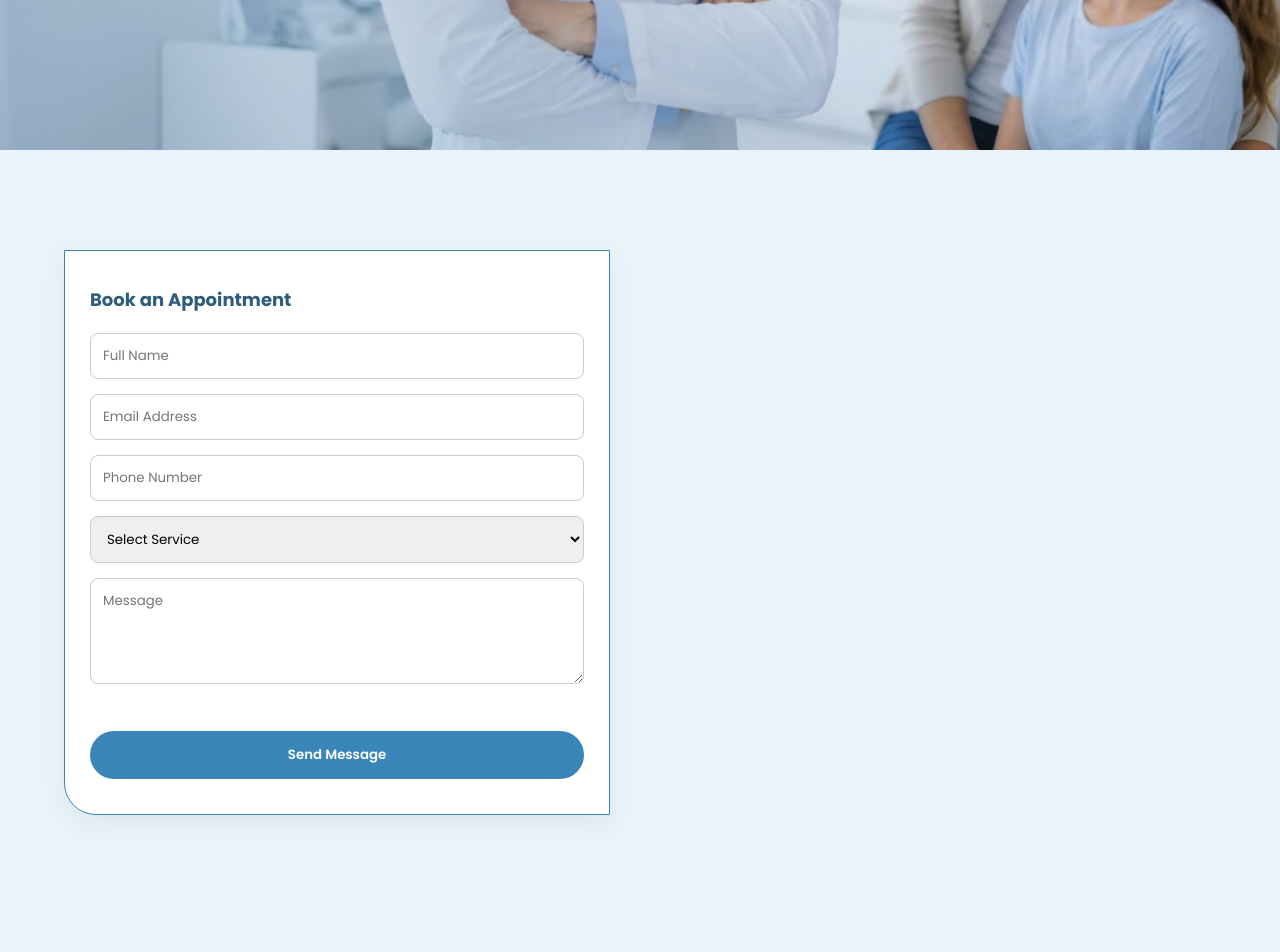
Repository: davidfsillva/OdontoPrime
Page: contact.html
The author's editor kept a copy of each file at every save. The page is drawn from the files as they stood at one save, then again after the next save.
The browser window is 1280 px wide. The pictures show the part of the page from y = 570 to 1522 px (the page is 3216 px tall before and 2728 px after).

Above is the page before, as saved 2026-02-16 21:29:24.

After the next save:
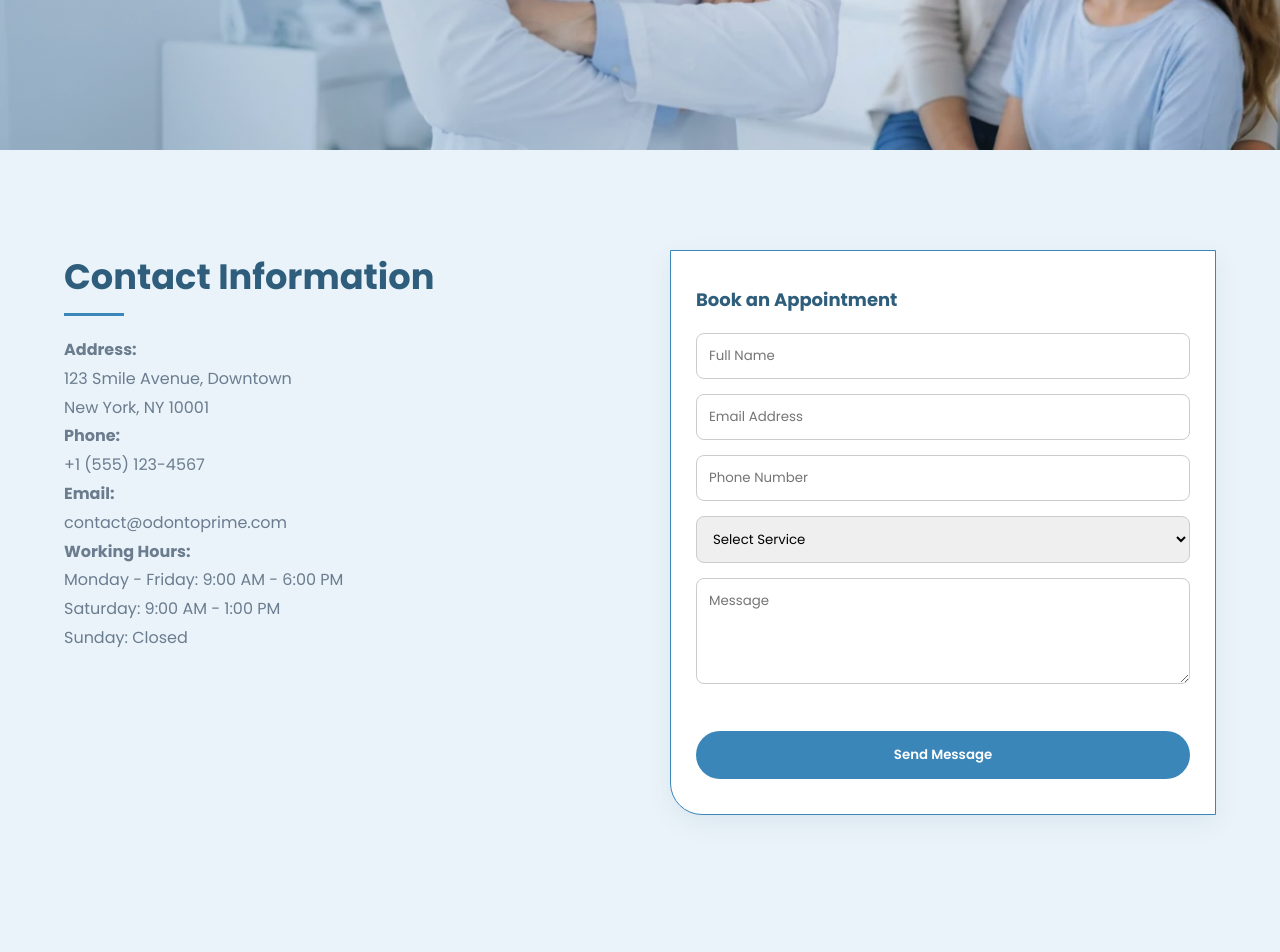
Saved 40 s later.
--- a/contact.html
+++ b/contact.html
@@ -44,6 +44,26 @@
 <section class="about-preview">
     <div class="container contact-grid" style="display:grid; grid-template-columns:1fr 1fr; gap:60px; align-items:start;">
 
+        <!-- CONTACT INFO -->
+        <div class="about-text">
+            <h2>Contact Information</h2>
+
+            <p><strong>Address:</strong><br>
+            123 Smile Avenue, Downtown<br>
+            New York, NY 10001</p>
+
+            <p><strong>Phone:</strong><br>
+            +1 (555) 123-4567</p>
+
+            <p><strong>Email:</strong><br>
+            contact@odontoprime.com</p>
+
+            <p><strong>Working Hours:</strong><br>
+            Monday - Friday: 9:00 AM - 6:00 PM<br>
+            Saturday: 9:00 AM - 1:00 PM<br>
+            Sunday: Closed</p>
+
+        </div>
 
         <!-- CONTACT FORM -->
         <div class="card contact-form" style="text-align:left;">
@@ -100,27 +120,6 @@
     <div class="container">
         <h2>Find Us</h2>
 
-                <!-- CONTACT INFO -->
-        <div class="about-text">
-            <h2>Contact Information</h2>
-
-            <p><strong>Address:</strong><br>
-            123 Smile Avenue, Downtown<br>
-            New York, NY 10001</p>
-
-            <p><strong>Phone:</strong><br>
-            +1 (555) 123-4567</p>
-
-            <p><strong>Email:</strong><br>
-            contact@odontoprime.com</p>
-
-            <p><strong>Working Hours:</strong><br>
-            Monday - Friday: 9:00 AM - 6:00 PM<br>
-            Saturday: 9:00 AM - 1:00 PM<br>
-            Sunday: Closed</p>
-
-        </div>
-
         <div style="margin-top:40px;">
             <iframe
                 src="https://www.google.com/maps/embed?pb=!1m18!1m12!1m3!1d3021.9475964230247!2d-73.9893086845931!3d40.74881727932778!2m3!1f0!2f0!3f0!3m2!1i1024!2i768!4f13.1!3m3!1m2!1s0x89c259af18a6d5d3%3A0x2e0e1e0b6a9b0b3b!2sNew%20York%2C%20NY!5e0!3m2!1sen!2sus!4v1616621234567!5m2!1sen!2sus"
